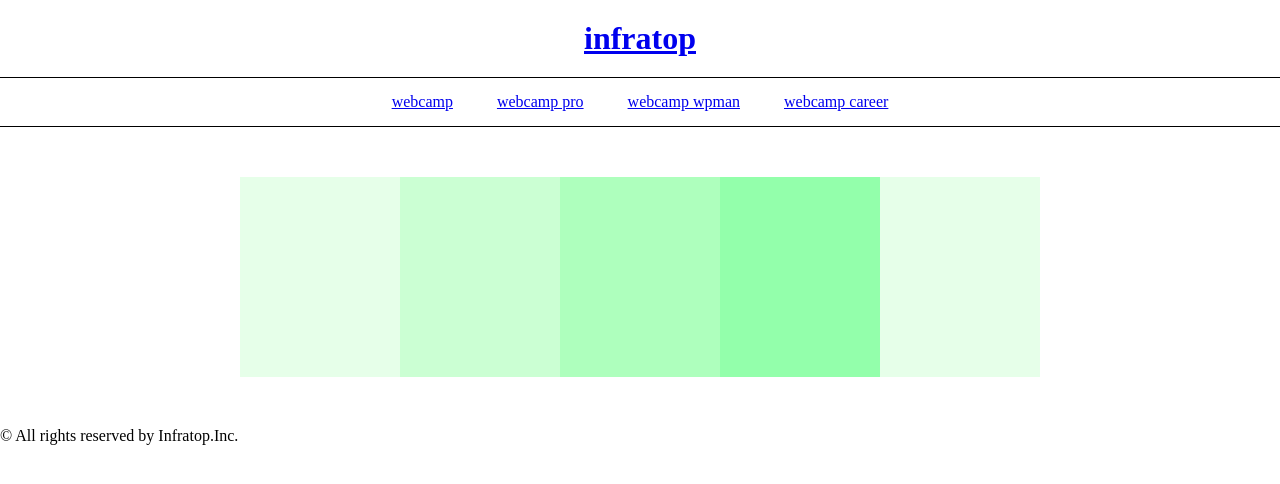
Repository: Y-takumi0/DMMwebcamp
Page: exercise/chapter5.html
The author's editor kept a record of every edit. The page is drawn from the files as they stood at one moment, then again after the next edit.
The browser window is 1280 px wide. The pictures show the whole page.

Above is the page before.

### exercise/chapter5.html
<!DOCTYPE html>
<!DOCTYPE html>
<html lang="ja">
  <head>
    <meta charset="UTF-8" />
    <link rel="stylesheet" href="chapter5.css" />
    <title>chapter5</title>
  </head>

  <body>
    <header>
      <h1 class="heading">
        <a href="chapter5.html">
          infratop
        </a>
      </h1>
    </header>

    <nav>
      <ul class="nav-list">
        <li class="nav-list-item">
          <a href="chapter5.html">webcamp</a>
        </li>
        <li class="nav-list-item">
          <a href="chapter5.html">webcamp pro</a>
        </li>
        <li class="nav-list-item">
          <a href="chapter5.html">webcamp wpman</a>
        </li>
        <li class="nav-list-item">
          <a href="chapter5.html">webcamp career</a>
        </li>
      </ul>
    </nav>

    <div class="main">
      <div class="square1"></div>
      <div class="square2"></div>
      <div class="square3"></div>
      <div class="square4"></div>
      <div class="square5"></div>
      <div class="square6"></div>
      <div class="square7"></div>
      <div class="square8"></div>
      <div class="square9"></div>
      <div class="square10"></div>
      <div class="square11"></div>
      <div class="square12"></div>
    </div>

    <footer>
      <p class="footer-text">© All rights reserved by Infratop.Inc.</p>    </footer>
  </body>
</html>

### exercise/chapter5.css
* {
  margin: 0;
  padding: 0;
  box-sizing: border-box;
}

header {
  width: 90%;
  padding: 20px 0;
  margin: 0 auto;
  text-align: center;
}

header .header {
  font-size: 32px;
}

.nav-list {
  text-align: center;
  padding: 15px 0;
  margin: 0 auto;
  border-top: 1px solid black;
  border-bottom: 1px solid black;
}

.nav-list-item {
  list-style: none;
  display:  inline-block;
  margin: 0px 20px;
}

.main {
  width: 800px;
  margin: 50px auto;
  display: flex;
}

.square1 {
  width: 200px;
  height: 200px;
  background-color: #e6ffe9;
}

.square2 {
  width: 200px;
  height: 200px;
  background-color: #cbffd3;
}

.square3 {
  width: 200px;
  height: 200px;
  background-color: #aeffbd;
}

.square4 {
  width: 200px;
  height: 200px;
  background-color: #93ffab;
}

.square5 {
  width: 200px;
  height: 200px;
  background-color: #e6ffe9
}

After the next edit:
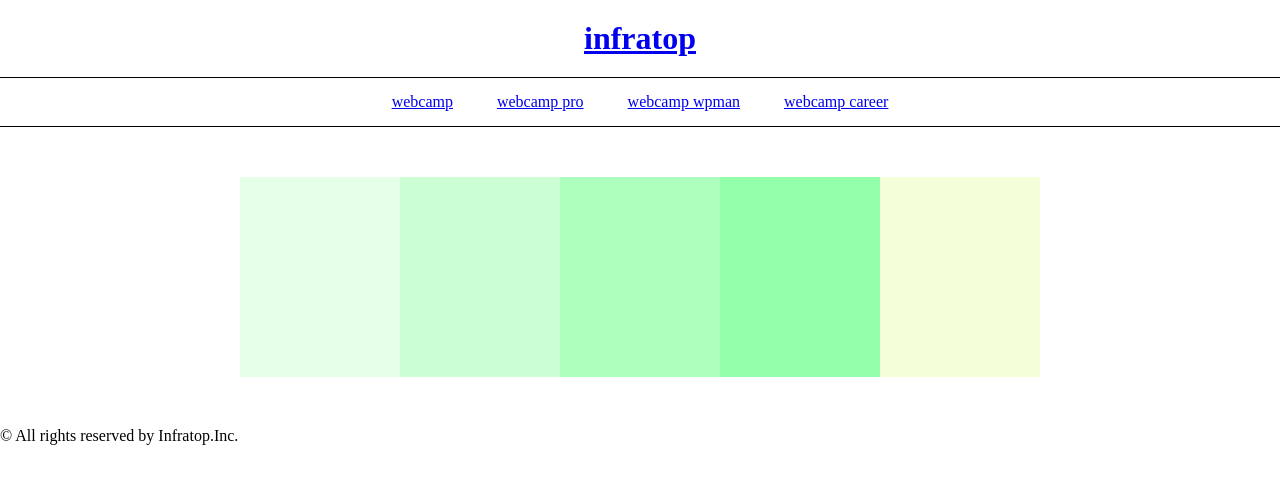
The edit:
--- a/exercise/chapter5.css
+++ b/exercise/chapter5.css
@@ -62,5 +62,5 @@
 .square5 {
   width: 200px;
   height: 200px;
-  background-color: #e6ffe9
+  background-color: #f3ffd8
 }
